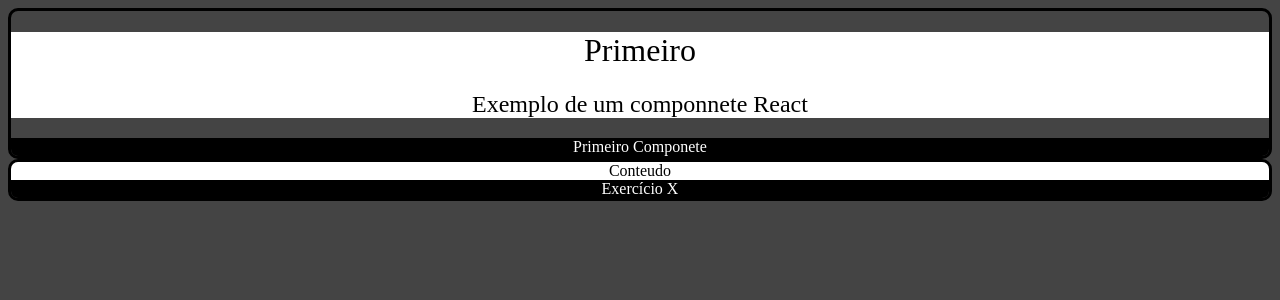
Repository: ClaytonEduard/fundamentos-react
Page: /
The author's editor kept a copy of each file at every save. The page is drawn from the files as they stood at one save, then again after the next save.
The browser window is 1280 px wide. The pictures show the whole page.
The project was rebuilt for these pictures with package versions that can differ from the ones it lists, and the page was loaded fresh each time. Also part of the build but not shown: src/components/ComParametro.jsx, src/components/ComFilhos.jsx.

Above is the page before, as saved 2022-06-18 10:31:08.

After the next save:
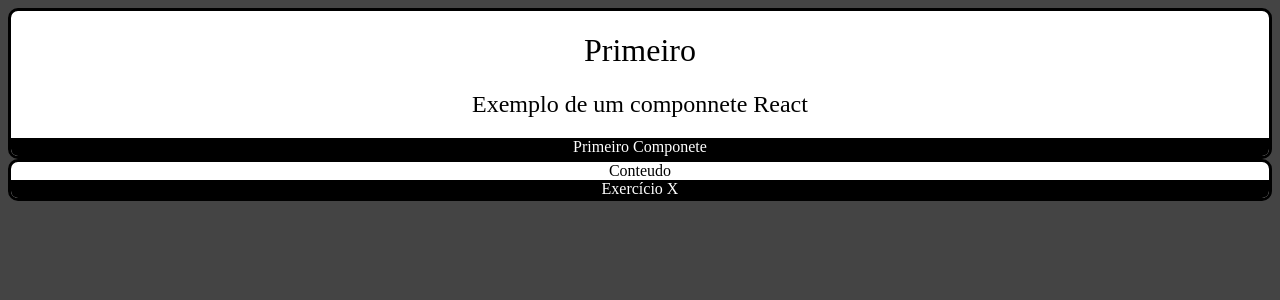
Saved 23 s later.
--- a/src/components/layout/Card.css
+++ b/src/components/layout/Card.css
@@ -2,10 +2,10 @@
     border: 3px solid #000;
     border-radius: 10px;
     overflow: hidden;
+    background-color: #fff;
 }
 
 .Card .Conteudo {
-    background-color: #fff;
     color: #000;
 }
 .Card .Footer {
